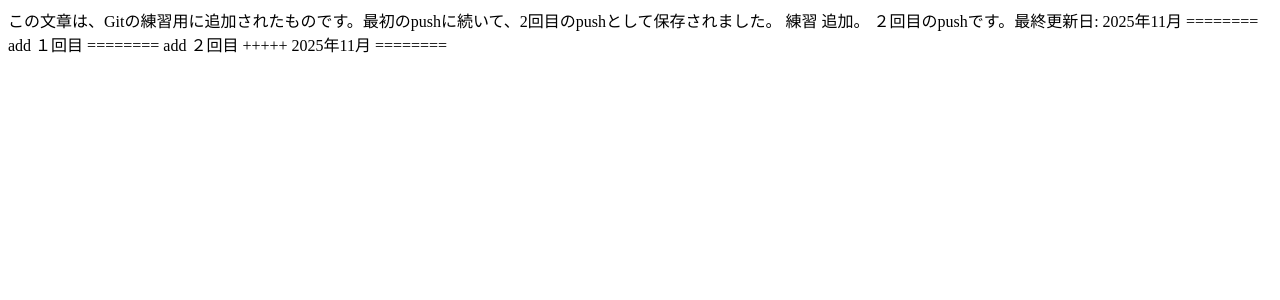
Repository: toshiogawa/git-sample-udemy
Page: git-prac.html
An editor plug-in stored every save of this project. The page is shown before and after the next save, followed by the edit.
The browser window is 1280 px wide. The pictures show the whole page.

Above is the page before, as saved 2025-11-22 01:18:00.

### git-prac.html
<p>
  この文章は、Gitの練習用に追加されたものです。最初のpushに続いて、2回目のpushとして保存されました。
  練習 追加。 ２回目のpushです。最終更新日: 2025年11月 ======== add １回目
  ======== add ２回目 +++++ 2025年11月 ========
</p>

After the next save:
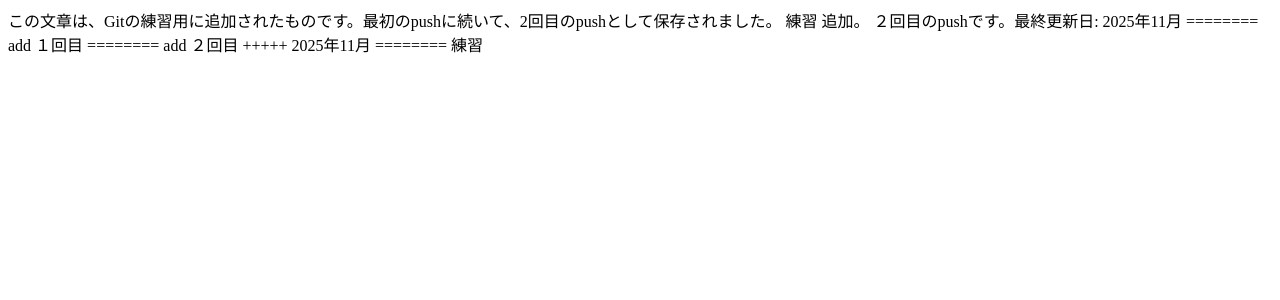
Saved 3 min 43 s later.
--- a/git-prac.html
+++ b/git-prac.html
@@ -1,5 +1,5 @@
 <p>
   この文章は、Gitの練習用に追加されたものです。最初のpushに続いて、2回目のpushとして保存されました。
   練習 追加。 ２回目のpushです。最終更新日: 2025年11月 ======== add １回目
-  ======== add ２回目 +++++ 2025年11月 ========
+  ======== add ２回目 +++++ 2025年11月 ======== 練習
 </p>
